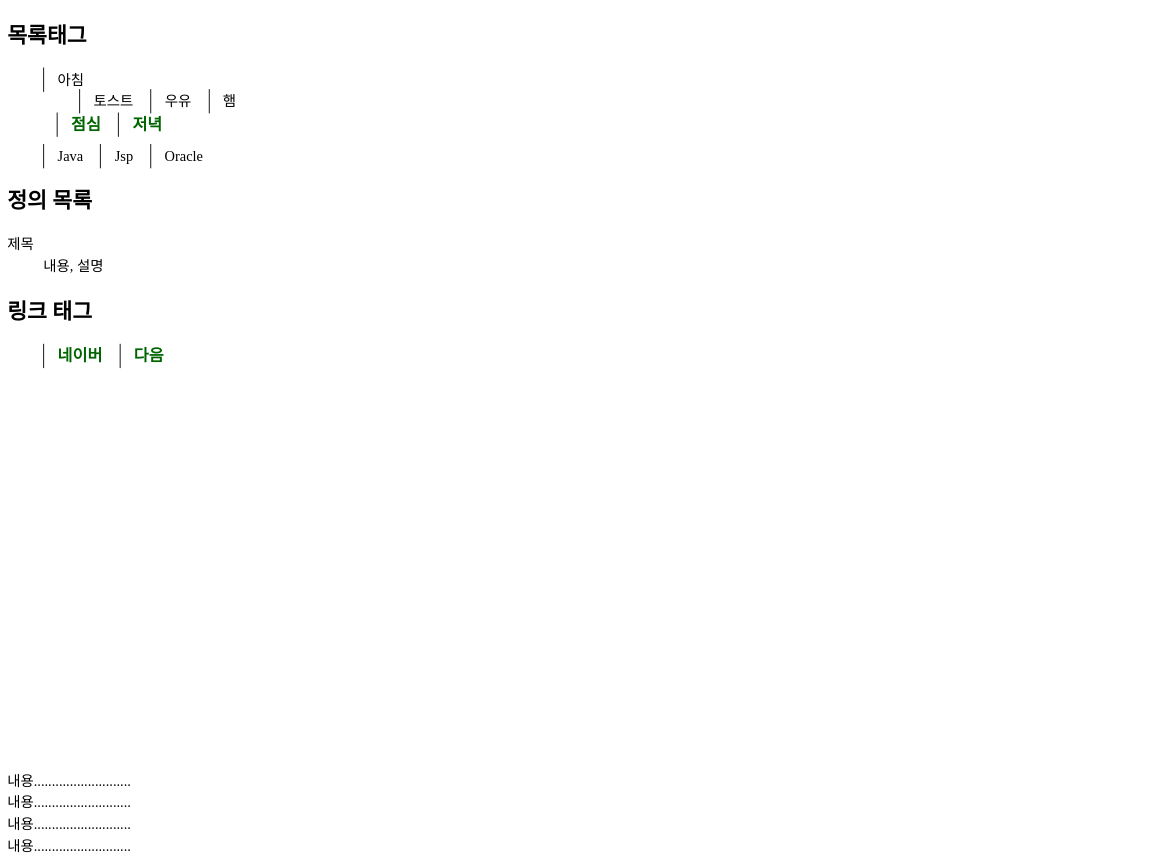
Repository: gus-123/Edu_KCC_HTML
Page: Html/WebContent/list.html
These files come from the project's save history. The page is drawn as it stood at one moment and after the next save; the edit follows.
The browser window is 1280 px wide. The pictures show the whole page, at 90% of full size.

Above is the page before, as saved 2024-07-08 03:03:32.

### Html/WebContent/list.html
<!DOCTYPE html>
<html>
<head>
<meta charset="UTF-8">
<title>Insert title here</title>
<style type="text/css">
	li {
		display : inline;
		padding : 5px 15px;
		border-left: 1px solid black;
	}

	a {
		text-decoration : none;
		color : darkgreen;
		font-weight : bold;
		font-size:18px;
	}
</style>
</head>
<body>
	<h2>목록태그</h2>
	<ul>
		<li>아침
			<ul>
				<li>토스트</li>
				<li>우유</li>
				<li>햄</li>
			</ul>
		</li>
		<li><a href="#">점심</a></li>
		<li><a href="#">저녁</a></li>
	</ul>

	<ol>
		<li>Java</li>
		<li>Jsp</li>
		<li>Oracle</li>
	</ol>

	<h2>정의 목록</h2>
	<dl>
		<dt>제목</dt>
		<dd>내용, 설명</dd>
	</dl>

	<h2>링크 태그</h2>

	<ul>
		<li><a href="http://naver.com" target = "_blank">네이버</a></li>
		<li><a href="http://daum.net" target = "_self">다음</a></li>
	</ul>

	<br><br><br><br><br><br><br><br>
	<br><br><br><br><br><br><br><br>
	<br><br><br><br><br><br><br><br>

	<div>내용...........................</div>
	<div>내용...........................</div>
	<div>내용...........................</div>
	<div>내용...........................</div>
</body>
</html>

After the next save:
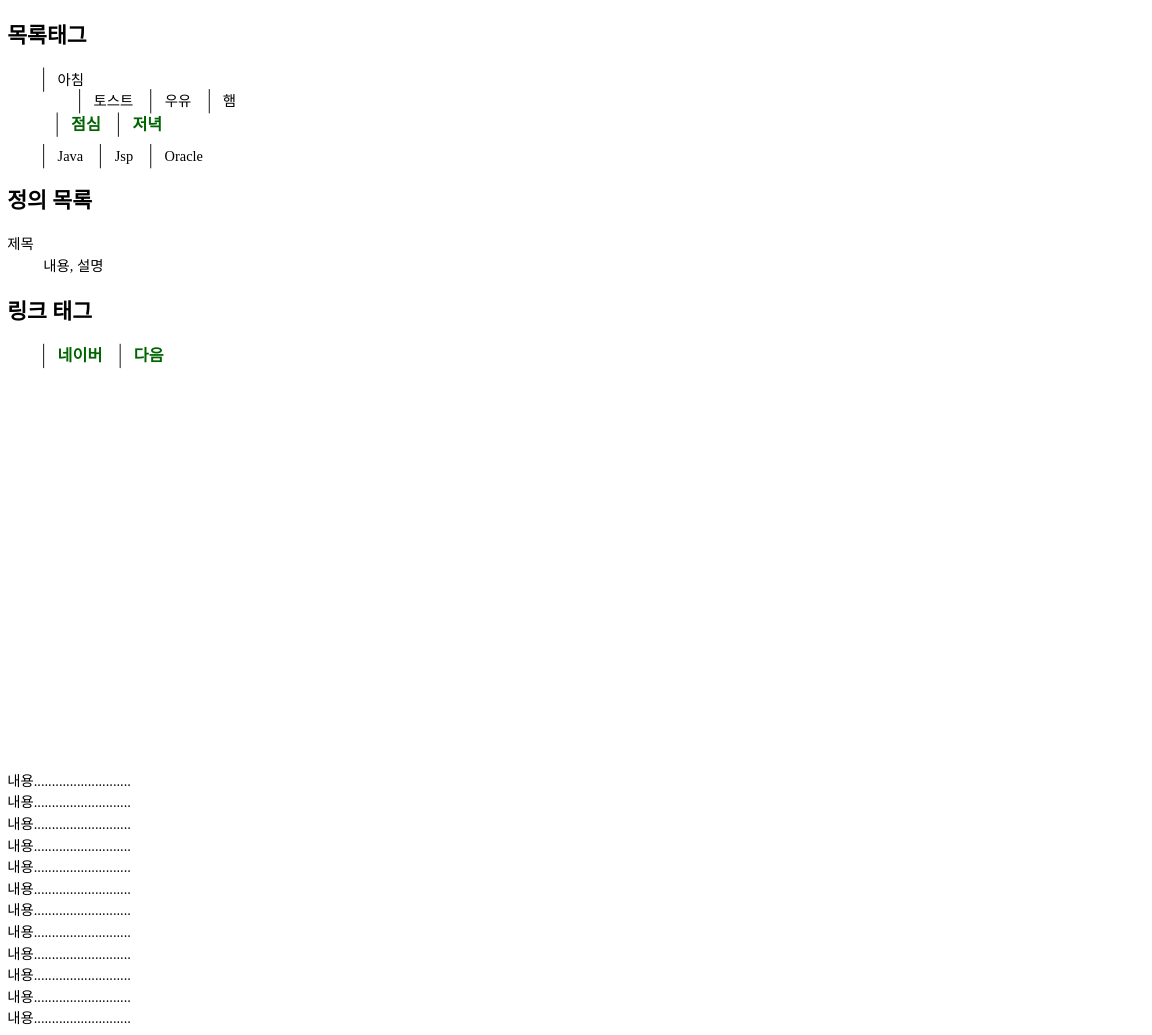
Saved 20 s later.
--- a/Html/WebContent/list.html
+++ b/Html/WebContent/list.html
@@ -59,5 +59,13 @@
 	<div>내용...........................</div>
 	<div>내용...........................</div>
 	<div>내용...........................</div>
+	<div>내용...........................</div>
+	<div>내용...........................</div>
+	<div>내용...........................</div>
+	<div>내용...........................</div>
+	<div>내용...........................</div>
+	<div>내용...........................</div>
+	<div>내용...........................</div>
+	<div>내용...........................</div>
 </body>
 </html>
